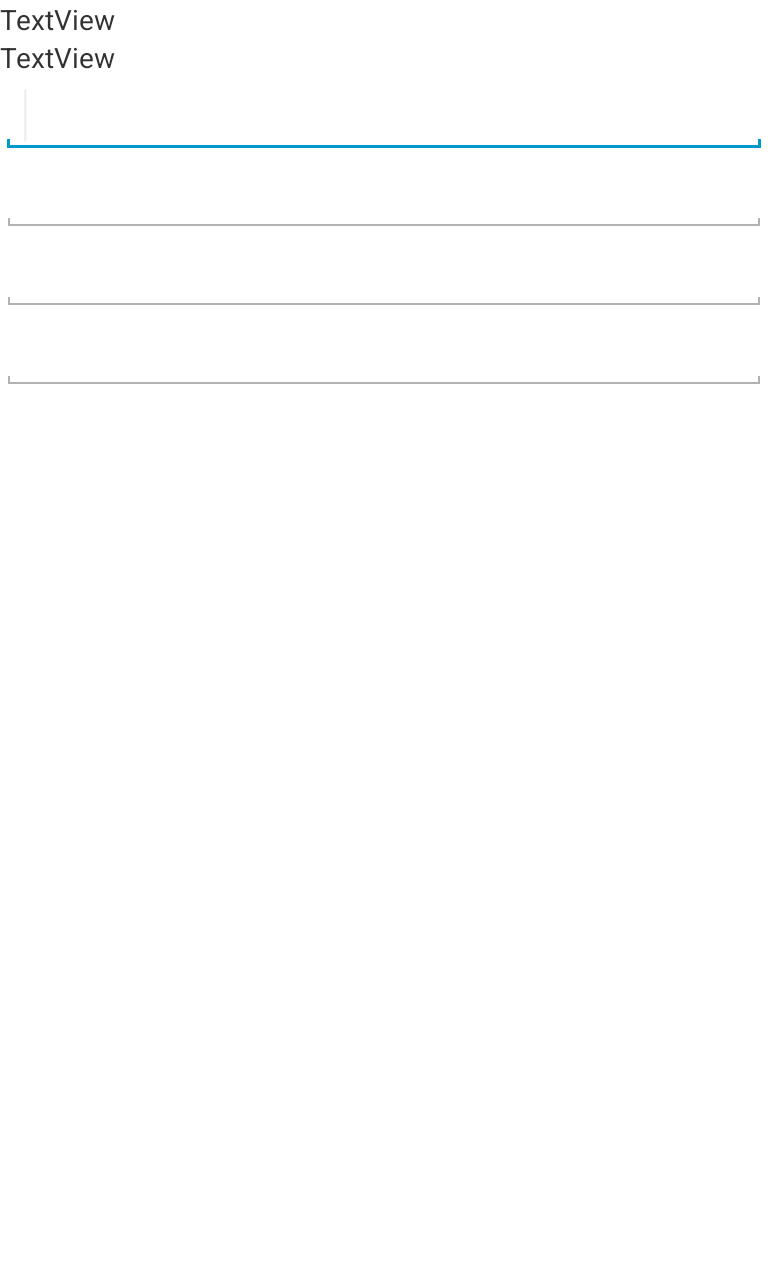
Repository: markaventura/acis
Layout: Acis/res/layout/information.xml
An editor plug-in stored every save of this project. The layout is shown before and after the next save, followed by the edit.
It is drawn on a 768 x 1280 px phone screen (xhdpi) without system bars, with theme AppTheme; the app's code is not run.

Above is the layout before, as saved 2014-10-03 07:28:02.

After the next save:
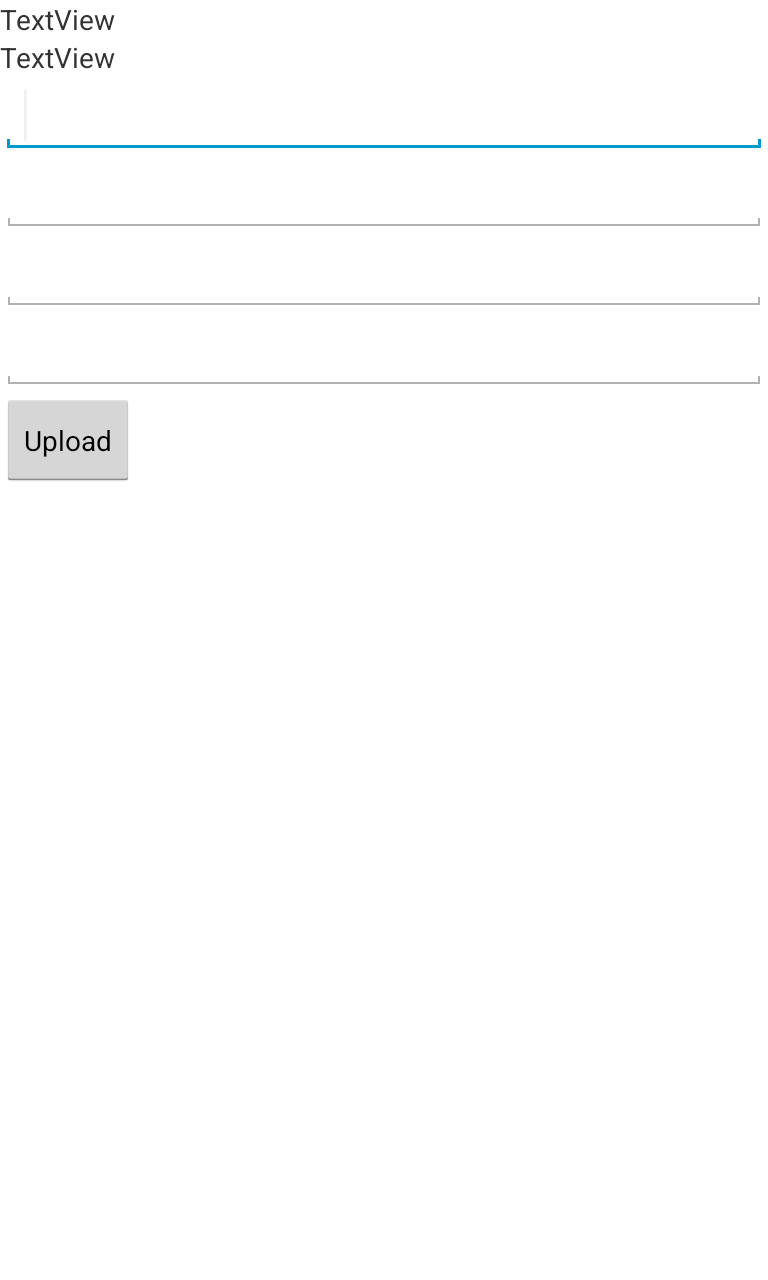
Saved 5 min 33 s later.
--- a/Acis/res/layout/information.xml
+++ b/Acis/res/layout/information.xml
@@ -43,4 +43,11 @@
         android:layout_height="wrap_content"
         android:ems="10" />
 
+    <Button
+        android:id="@+id/upload"
+        style="?android:attr/buttonStyleSmall"
+        android:layout_width="wrap_content"
+        android:layout_height="wrap_content"
+        android:text="Upload" />
+
 </LinearLayout>
